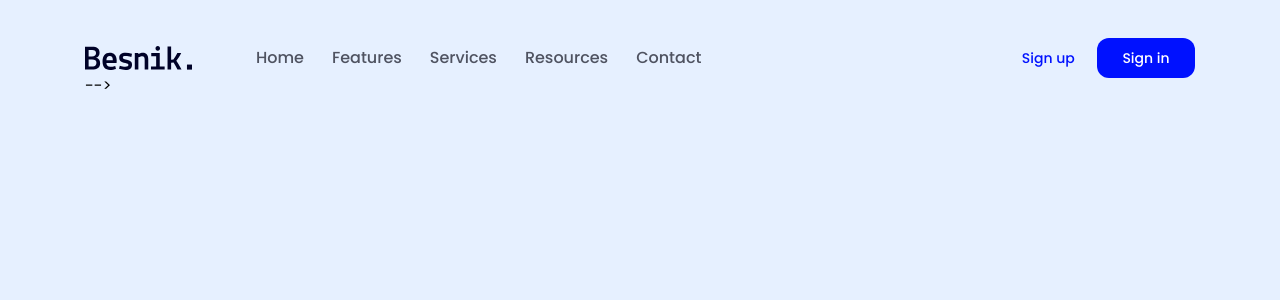
Repository: datvu1608/dv-htmlcss-01
Page: index.html
An editor plug-in stored every save of this project. The page is shown before and after the next save, followed by the edit.
The browser window is 1280 px wide. The pictures show the whole page.

Above is the page before, as saved 2023-06-02 09:13:25.

### index.html
<!DOCTYPE html>
<html lang="en">
  <head>
    <meta charset="UTF-8" />
    <meta http-equiv="X-UA-Compatible" content="IE=edge" />
    <meta name="viewport" content="width=device-width, initial-scale=1.0" />
    <title>Project 1</title>
    <link rel="stylesheet" href="./assets/css/reset.css" />
    <link rel="stylesheet" href="./assets/fonts/stylesheet.css" />
    <link rel="stylesheet" href="./assets/css/style.css" />
  </head>
  <body>
    <main>
      <!-- Header -->
      <header class="header">
        <div class="content">
          <nav class="navbar">
            <!-- logo -->
            <img src="./assets/img/Logo.svg" alt="Besnik" />
            <!-- navigation -->
            <ul>
              <li><a href="#!">Home</a></li>
              <li><a href="#!">Features</a></li>
              <li><a href="#!">Services</a></li>
              <li><a href="#!">Resources</a></li>
              <li><a href="#!">Contact</a></li>
            </ul>
            <!-- action -->
            <div class="actions">
              <a href="#!" class="action-link">Sign up</a>
              <a href="#!" class="btn action-btn">Sign in</a>
            </div>
          </nav>
          <!-- <div class="hero">
            <div class="info">
              <p class="sub-title">Welcome to Besnik Agency</p>
              <h1 class="title">Discover a place you'll love to live.</h1>
              <p class="desc">
                Get the best real estate deals first, before they hit the mass
                market! hot forecloseru deals with one simple search.
              </p>
              <!-- call to action -->
          <!-- <a href="" class="btn hero-cta">More About Us</a>
            </div>

            <img src="./assets/img/Group 439.svg" alt="" class="hero-img" />
          </div> -->
          -->
        </div>
      </header>
    </main>
  </body>
</html>

### assets/fonts/stylesheet.css
/* ============ Poppins =================== */
@font-face {
  font-family: 'Poppins';
  src: url('Poppins-BlackItalic.woff2') format('woff2'),
    url('Poppins-BlackItalic.woff') format('woff');
  font-weight: 900;
  font-style: italic;
  font-display: swap;
}

@font-face {
  font-family: 'Poppins';
  src: url('Poppins-Bold.woff2') format('woff2'),
    url('Poppins-Bold.woff') format('woff');
  font-weight: bold;
  font-style: normal;
  font-display: swap;
}

@font-face {
  font-family: 'Poppins';
  src: url('Poppins-Black.woff2') format('woff2'),
    url('Poppins-Black.woff') format('woff');
  font-weight: 900;
  font-style: normal;
  font-display: swap;
}

@font-face {
  font-family: 'Poppins';
  src: url('Poppins-BoldItalic.woff2') format('woff2'),
    url('Poppins-BoldItalic.woff') format('woff');
  font-weight: bold;
  font-style: italic;
  font-display: swap;
}

@font-face {
  font-family: 'Poppins';
  src: url('Poppins-ExtraBoldItalic.woff2') format('woff2'),
    url('Poppins-ExtraBoldItalic.woff') format('woff');
  font-weight: bold;
  font-style: italic;
  font-display: swap;
}

@font-face {
  font-family: 'Poppins';
  src: url('Poppins-ExtraLightItalic.woff2') format('woff2'),
    url('Poppins-ExtraLightItalic.woff') format('woff');
  font-weight: 200;
  font-style: italic;
  font-display: swap;
}

@font-face {
  font-family: 'Poppins';
  src: url('Poppins-LightItalic.woff2') format('woff2'),
    url('Poppins-LightItalic.woff') format('woff');
  font-weight: 300;
  font-style: italic;
  font-display: swap;
}

@font-face {
  font-family: 'Poppins';
  src: url('Poppins-ExtraBold.woff2') format('woff2'),
    url('Poppins-ExtraBold.woff') format('woff');
  font-weight: bold;
  font-style: normal;
  font-display: swap;
}

@font-face {
  font-family: 'Poppins';
  src: url('Poppins-Italic.woff2') format('woff2'),
    url('Poppins-Italic.woff') format('woff');
  font-weight: normal;
  font-style: italic;
  font-display: swap;
}

@font-face {
  font-family: 'Poppins';
  src: url('Poppins-Light.woff2') format('woff2'),
    url('Poppins-Light.woff') format('woff');
  font-weight: 300;
  font-style: normal;
  font-display: swap;
}

@font-face {
  font-family: 'Poppins';
  src: url('Poppins-ExtraLight.woff2') format('woff2'),
    url('Poppins-ExtraLight.woff') format('woff');
  font-weight: 200;
  font-style: normal;
  font-display: swap;
}

@font-face {
  font-family: 'Poppins';
  src: url('Poppins-Medium.woff2') format('woff2'),
    url('Poppins-Medium.woff') format('woff');
  font-weight: 500;
  font-style: normal;
  font-display: swap;
}

@font-face {
  font-family: 'Poppins';
  src: url('Poppins-Regular.woff2') format('woff2'),
    url('Poppins-Regular.woff') format('woff');
  font-weight: normal;
  font-style: normal;
  font-display: swap;
}

@font-face {
  font-family: 'Poppins';
  src: url('Poppins-SemiBold.woff2') format('woff2'),
    url('Poppins-SemiBold.woff') format('woff');
  font-weight: 600;
  font-style: normal;
  font-display: swap;
}

@font-face {
  font-family: 'Poppins';
  src: url('Poppins-ThinItalic.woff2') format('woff2'),
    url('Poppins-ThinItalic.woff') format('woff');
  font-weight: 100;
  font-style: italic;
  font-display: swap;
}

@font-face {
  font-family: 'Poppins';
  src: url('Poppins-MediumItalic.woff2') format('woff2'),
    url('Poppins-MediumItalic.woff') format('woff');
  font-weight: 500;
  font-style: italic;
  font-display: swap;
}

@font-face {
  font-family: 'Poppins';
  src: url('Poppins-Thin.woff2') format('woff2'),
    url('Poppins-Thin.woff') format('woff');
  font-weight: 100;
  font-style: normal;
  font-display: swap;
}

@font-face {
  font-family: 'Poppins';
  src: url('Poppins-SemiBoldItalic.woff2') format('woff2'),
    url('Poppins-SemiBoldItalic.woff') format('woff');
  font-weight: 600;
  font-style: italic;
  font-display: swap;
}
/* ============ Poppins =================== */

### assets/css/style.css
* {
  box-sizing: border-box;
}
html {
  font-size: 62.5%;
}
body {
  font-size: 1.6rem;
  font-family: 'Poppins', sans-serif;
}

/* Common */
:root {
  --primary-color: #01f;
}
a {
  text-decoration: none;
}
.content {
  width: 1110px;
  max-width: calc(100% - 48px);
  margin-left: auto;
  margin-right: auto;
}
.btn {
  display: inline-block;
  padding: 18px 16px;
  min-width: 98px;
  background: var(--primary-color);
  border-radius: 12px;
  font-weight: 500;
  font-size: 1.4rem;
  text-align: center;
  color: #fff;
}
.btn:hover {
  opacity: 0.9;
}
/* Header */
.header {
  position: relative;
  height: 100vh;
  background: #e6f0ff;
}

.navbar {
  display: flex;
  align-items: center;
  padding-top: 38px;
}

.navbar ul {
  display: flex;
  margin-left: 50px;
}

.navbar .actions {
  margin-left: auto;
}
.navbar ul a {
  font-weight: 500;
  font-size: 1s4rem;
  color: #4f5361;
  padding: 8px 1.4rem;
}
.navbar ul a:hover {
  text-decoration: underline;
}
.navbar .action-link {
  font-size: 1.4rem;
  color: var(--primary-color);
  font-weight: 500;
}
.navbar .action-btn {
  padding: 13px 16px;
  margin-left: 18px;
}
/* hero */
.hero {
  margin-top: 130px;
}
.hero .info {
  max-width: 51%;
}
.hero .sub-title {
  font-weight: 500;
  font-size: 1.8rem;
  line-height: 1.5;
  letter-spacing: 0.01em;
  color: #687690;
}
.hero .title {
  font-weight: 700;
  font-size: 6.2rem;
  line-height: 1.19;
  color: #000336;
  margin-top: 8px;
}
.hero .desc {
  font-weight: 400;
  font-size: 1.8rem;
  line-height: 1.78;
  color: #5a6473;
  margin-top: 30px;
}

.hero .hero-cta {
  min-width: 170px;
  margin-top: 40px;
}
.hero img {
  position: absolute;
  right: calc((100vw - 1110px) / 2 - 100px);
  bottom: 65px;
}

Loaded but not shown: assets/css/reset.css (common file)

After the next save:
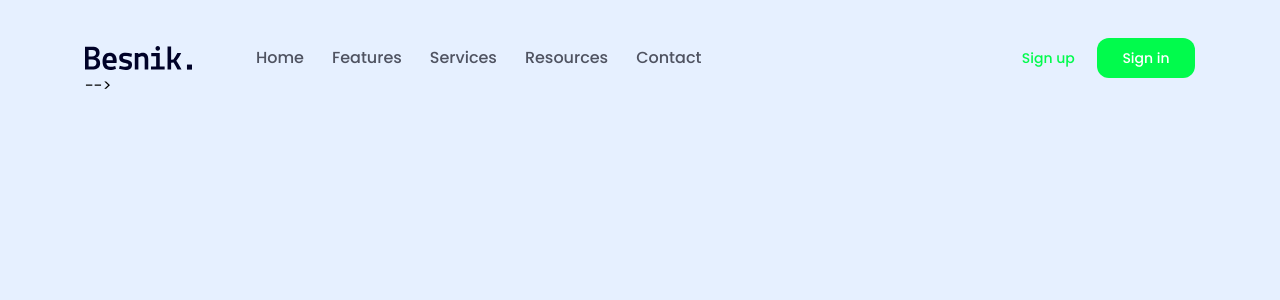
Saved 6 s later.
--- a/assets/css/style.css
+++ b/assets/css/style.css
@@ -11,7 +11,7 @@
 
 /* Common */
 :root {
-  --primary-color: #01f;
+  --primary-color: #01fb4c;
 }
 a {
   text-decoration: none;
